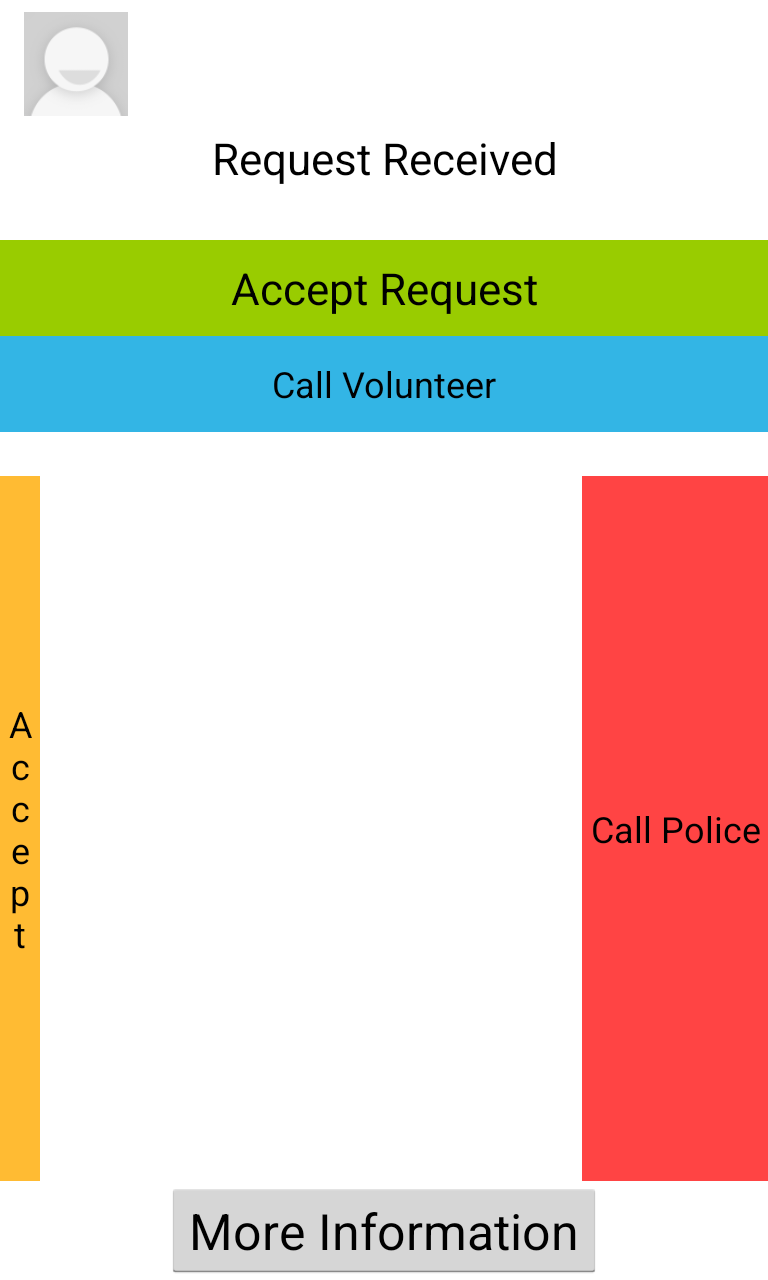
Repository: srivast6/SafeWalk
Layout: android/SafeWalk/res/layout/tryout.xml
An editor plug-in stored every save of this project. The layout is shown before and after the next save, followed by the edit.
It is drawn on a 768 x 1280 px phone screen (xhdpi) without system bars, with theme android:Theme.Holo.Light; the app's code is not run.

Above is the layout before, as saved 2013-11-20 18:33:18.

### android/SafeWalk/res/layout/tryout.xml
<?xml version="1.0" encoding="utf-8"?>
<RelativeLayout xmlns:android="http://schemas.android.com/apk/res/android"
    android:layout_width="match_parent"
    android:layout_height="match_parent" >

    <RelativeLayout
        android:id="@+id/rltveLayout1"
        android:layout_width="fill_parent"
        android:layout_height="?android:attr/listPreferredItemHeight"
        android:padding="6dip" >

        <ImageView
            android:id="@+id/icon"
            android:layout_width="wrap_content"
            android:layout_height="fill_parent"
            android:layout_alignParentLeft="true"
            android:src="@drawable/ic_contact_picture" />
    </RelativeLayout>

    <RelativeLayout
        android:id="@+id/rltveLayout2"
        android:layout_width="match_parent"
        android:layout_height="wrap_content"
        android:layout_alignParentLeft="true"
        android:layout_alignParentRight="true"
        android:layout_below="@id/rltveLayout1"
        android:orientation="vertical" >

        <TextView
            android:id="@+id/tV_RqstResvd"
            android:layout_width="match_parent"
            android:layout_height="wrap_content"
            android:layout_alignParentTop="true"
            android:gravity="center"
            android:text="Request Received"
            android:textAppearance="?android:attr/textAppearanceLarge" />

        <Button
            android:id="@+id/AcceptButton"
            android:layout_width="match_parent"
            android:layout_height="wrap_content"
            android:layout_alignTop="@id/tV_RqstResvd"
            android:layout_below="@id/tV_RqstResvd"
            android:layout_marginTop="56dp"
            android:background="@android:color/holo_green_light"
            android:gravity="center"
            android:text="Accept Request"
            android:textSize="22dp" />
    </RelativeLayout>

    <RelativeLayout
        android:id="@+id/rltveLayout3"
        style="?android:attr/buttonBarStyle"
        android:layout_width="wrap_content"
        android:layout_height="wrap_content"
        android:layout_alignParentBottom="true"
        android:layout_alignTop="@+id/linearLayout3"
        android:layout_below="@id/rltveLayout2"
        android:orientation="horizontal" >

        <Button
            android:id="@+id/callButton"
            android:layout_width="120dp"
            android:layout_height="wrap_content"
            android:layout_alignParentLeft="true"
            android:layout_alignParentRight="true"
            android:layout_marginBottom="22dp"
            android:layout_weight="0"
            android:background="@android:color/holo_blue_light"
            android:orientation="horizontal"
            android:text="Call Volunteer" />

        <Button
            android:id="@+id/btn_callSafewalk"
            style="?android:attr/buttonBarButtonStyle"

            android:layout_height="fill_parent"
            android:layout_above="@+id/morInfo"
            android:layout_below="@id/callButton"
            android:background="@android:color/holo_orange_light"
            android:layout_width="20dp"
            android:text="Accept" />

        <Button
            android:id="@+id/btn_callPolice"
            style="?android:attr/buttonBarButtonStyle"
            android:layout_width="wrap_content"
            android:layout_height="fill_parent"
            android:layout_alignBottom="@+id/btn_callSafewalk"
            android:layout_alignParentRight="true"
            android:layout_below="@id/callButton"
            android:background="@android:color/holo_red_light"
            android:text="Call Police" />

        <RelativeLayout
            android:id="@+id/rltveLayout4"
            android:layout_width="wrap_content"
            android:layout_height="wrap_content"
            android:layout_alignParentBottom="true"
            android:layout_centerHorizontal="true"
            android:layout_marginBottom="23dp" >
        </RelativeLayout>

        <Button
            android:id="@+id/morInfo"
            android:layout_width="wrap_content"
            android:layout_height="wrap_content"
            android:layout_alignParentBottom="true"
            android:layout_centerHorizontal="true"
            android:layout_weight="0.39"
            android:gravity="center_vertical"
            android:text="More Information"
            android:textSize="25sp" />

    </RelativeLayout>

</RelativeLayout>

After the next save:
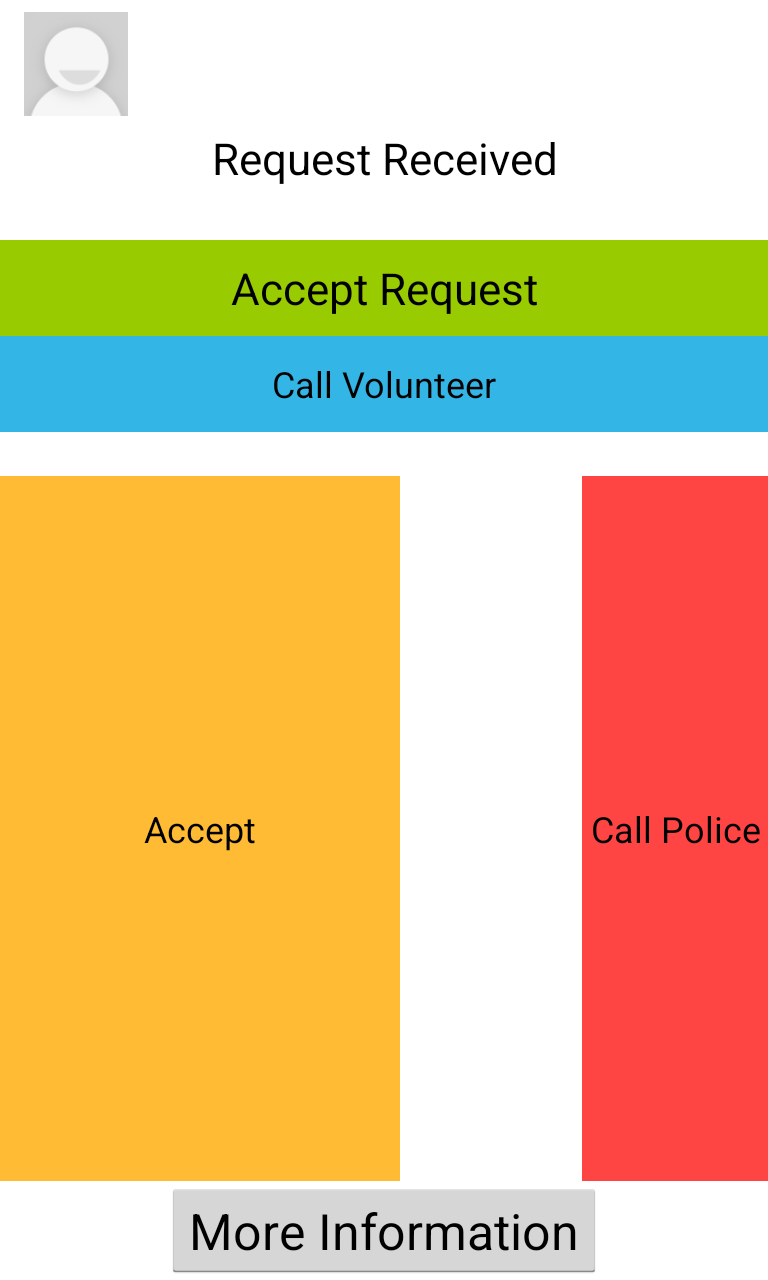
Saved 9 s later.
--- a/android/SafeWalk/res/layout/tryout.xml
+++ b/android/SafeWalk/res/layout/tryout.xml
@@ -73,12 +73,11 @@
         <Button
             android:id="@+id/btn_callSafewalk"
             style="?android:attr/buttonBarButtonStyle"
-
+            android:layout_width="200dp"
             android:layout_height="fill_parent"
             android:layout_above="@+id/morInfo"
             android:layout_below="@id/callButton"
             android:background="@android:color/holo_orange_light"
-            android:layout_width="20dp"
             android:text="Accept" />
 
         <Button
@@ -111,7 +110,6 @@
             android:gravity="center_vertical"
             android:text="More Information"
             android:textSize="25sp" />
-
     </RelativeLayout>
 
 </RelativeLayout>
